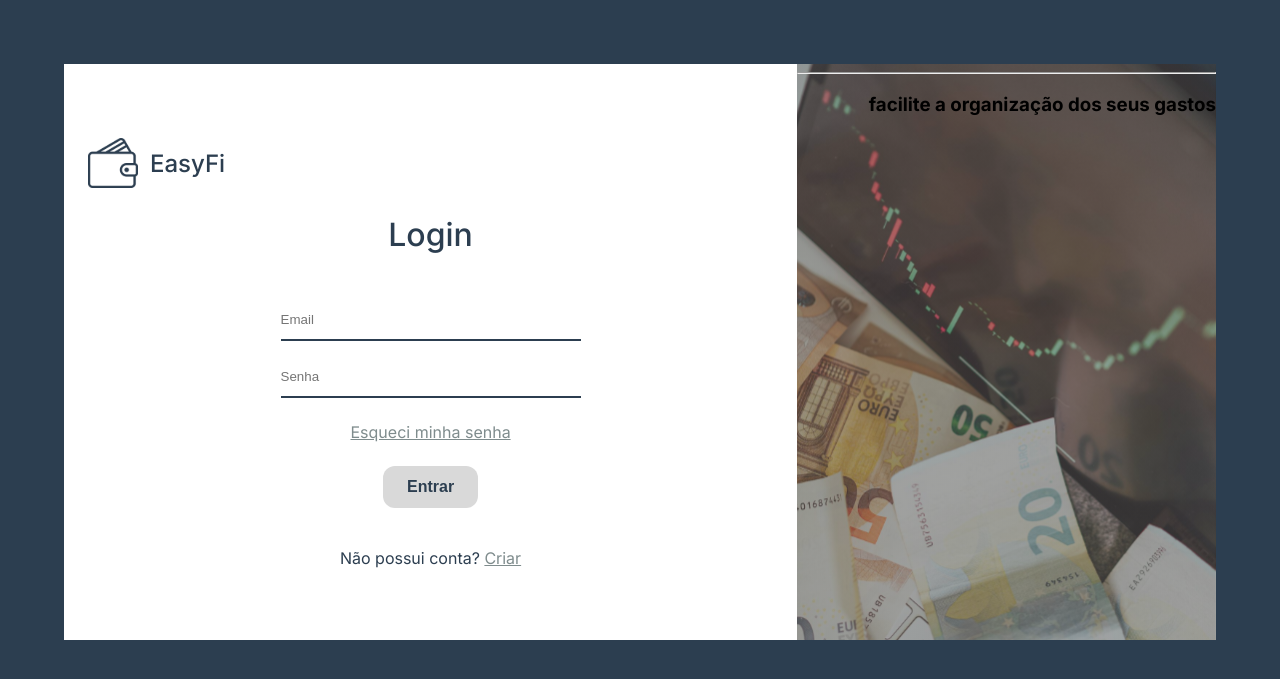
Repository: Ingridiag/projeto-engenharia
Page: login.html
These files come from the project's save history. The page is drawn as it stood at one moment and after a run of saves; the edit follows.
The browser window is 1280 px wide. The pictures show the whole page.

Above is the page before, as saved 2024-10-28 17:45:09.

### login.html
<!DOCTYPE html>
<html lang="pt">

<head>
    <meta charset="UTF-8">
    <meta name="viewport" content="width=device-width, initial-scale=1.0">
    <link rel="preconnect" href="https://fonts.googleapis.com">
<link rel="preconnect" href="https://fonts.gstatic.com" crossorigin>
<link href="https://fonts.googleapis.com/css2?family=Inter:ital,opsz,wght@0,14..32,100..900;1,14..32,100..900&display=swap"
rel="stylesheet">
    <link rel="stylesheet" href="style.css">
    <title>Login</title>
</head>

<body>
    <div class="container">

        <!-- Tela Login -->
        <div class="login">
            <div class="primeira-coluna">
                <div class="logo">
                    <img src="imagens/logo-azul 1.svg" alt="logo">
                    <h1>EasyFi</h1>
                </div>
                <div class="formulario">
                    <h1 class="title">Login</h1>
                    <form >
                        <input type="email" placeholder="Email">
                        <input type="password" placeholder="Senha">
                    </form>
                    <div class="uses">
                        <a href="#" class="link">Esqueci minha senha</a>

                    </div>
                    <div class="btn-default">
                        <button>
                            Entrar
                        </button>
                    </div>
                    <div >
                        <p>Não possui conta?
                            <span>
                                <a href="#" class="link">Criar</a>
                            </span>
                        </p>
                    </div>
                </div>
            </div>
            <div class="decor">
                <div class="mensagem">
                    <hr>
                    <h3>
                        facilite a organização dos seus gastos
                    </h3>
                </div>

            </div>
        </div>



        <div class="cadastro">
            <!-- Tela Cadastro -->
            <div class="decor">
                <div class="mensagem">
                    <hr>
                    <h3>
                        facilite a organização dos seus gastos
                    </h3>
                </div>

            </div>

            <div class="primeira-coluna">
                <div class="logo">
                    <img src="imagens/logo-azul 1.svg" alt="logo">
                    <h1>EasyFi</h1>
                </div>
                <div class="formulario">
                    <h1 class="title">Criar Conta</h1>
                    <form >
                        <input type="text" placeholder="Nome">
                        <input type="email" placeholder="Email">
                        <input type="password" placeholder="Senha">
                        <input type="password" placeholder=" Confirmar senha">
                    </form>
                    <div>
                        <a href="#" class="link">Esqueci minha senha</a>

                    </div>
                    <div class="btn-default">
                        <button>
                            Entrar
                        </button>
                    </div>
                    <div class="uses">
                        <p>Já possui conta?
                            <span>
                                <a href="#" class="link">Login</a>
                            </span>
                        </p>
                    </div>
                </div>
            </div>
        </div>


    </div>

</body>

</html>

### style.css
body {
    margin: 0;
    padding: 0;
    box-sizing: border-box;
    background: #2C3E50;
    font-family: "Inter", sans-serif;
}

.container {
    display: flex;
    justify-content: center;
    align-items: center;
    margin: 0 auto;
    padding: 5%;
}

.login {
    width: 100%;
    height: 80vh;

    display: flex;
    align-items: center;
    justify-content: space-between;
}

.primeira-coluna {
    width: 70%;
    height: 100%;
    display: flex;
    flex-direction: column;
    justify-content: center;
    background: #fff;
}

.logo {
    display: flex;
    gap: 12px;
    align-items: center;
    padding: 12px 24px 0;
    color: #2C3E50;

    h1 {
        font-size: 24px;
        font-weight: 500;
    }
    img{
        width: 50px;

    }

}

.formulario {
    display: flex;
    flex-direction: column;
    align-items: center;
    gap: 24px;
    color: #2C3E50;
    h1{
        font-weight: 500;}
}

.formulario form {
    display: flex;
    flex-direction: column;
    gap: 16px;
}

.formulario form input {
    width: 300px;
    padding: 12px 0px;
    background: none;
    border: none;
    border-bottom: 2px solid #2C3E50;
    outline: none;
    color: #2C3E50;

}

.formulario a {
    color: #7F8C8D;
}

.btn-default button {
    background: #D9D9D9;
    border: none;
    border-radius: 12px;
    padding: 12px 24px;
    font-size: 16px;
    transition: 0.2s ease;
    cursor: pointer;
    color: #2C3E50;
    font-weight: 600;
}

.btn-default button:hover {
    background: #F4EEEE;
    color: #577695;
    transform: scale(1.1);
}
.decor{
  width: 40%;
  height: 80vh;
  background: linear-gradient(rgba(94, 94, 94, 0.5), rgba(94, 94, 94, 0.5)),
  url(imagens/imagem_background.svg);
  background-position: 50% 50%;
  background-size: cover;
  text-align: end;
  align-content: flex-end
   .mensagem{
     padding: 40px;
   }


}

.cadastro {
    display: none;
    flex-direction: column;
    position: relative;
}

After the next 2 saves:
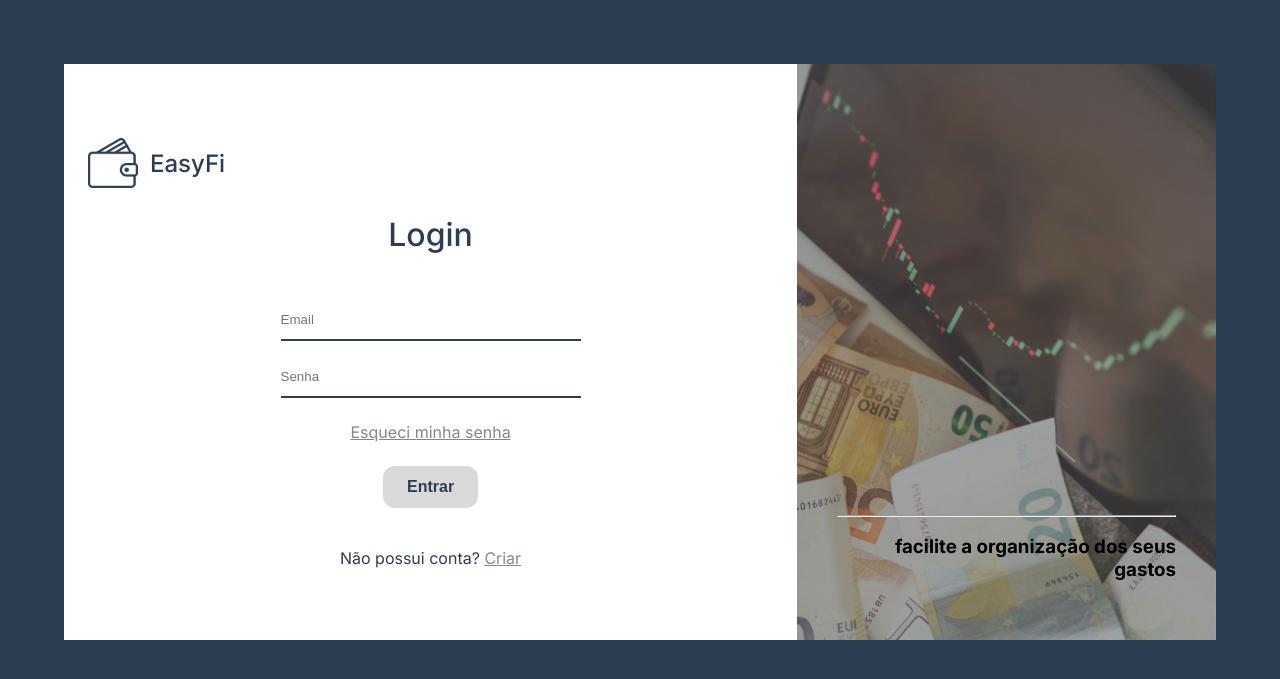
The 2 saves are shown as one change because they came seconds apart.
The last was saved 7 s later.
--- a/style.css
+++ b/style.css
@@ -106,7 +106,7 @@ body {
   background-position: 50% 50%;
   background-size: cover;
   text-align: end;
-  align-content: flex-end
+  align-content: flex-end;
    .mensagem{
      padding: 40px;
    }
